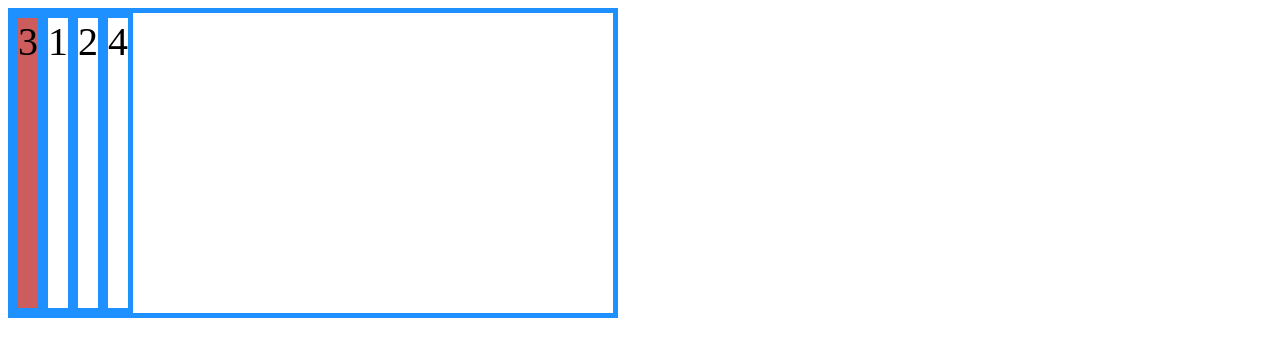
Repository: eversonps/flexbox-grid-css
Page: flexbox/flexbox2.html
An editor plug-in stored every save of this project. The page is shown before and after a run of saves, followed by the edit.
The browser window is 1280 px wide. The pictures show the whole page.

Above is the page before, as saved 2022-03-23 15:44:04.

### flexbox/flexbox2.html
<!DOCTYPE html>
<html>

<head>
    <meta charset="UTF-8">
    <title>Flexbox #02</title>
    <style>
        div {
            border: solid 5px dodgerblue;
            font-size: 40px;
        }

        .flex-container div {
            box-sizing: border-box;
        }

        .flex-container{
            display: flex;
            height: 300px;
            width: 600px;
        }

        .flex-container div:nth-child(3){
            background-color: indianred;
            order: 1;
            order: 0;
            order: -1;
            align-self: center;
            align-self: flex-start;
            align-self: flex-end;
            align-self: stretch;
        }

        .flex-container div
    </style>
</head>

<body>
    <div class="flex-container">
        <div>1</div>
        <div>2</div>
        <div>3</div>
        <div>4</div>
    </div>
</body>

</html>

After the next 2 saves:
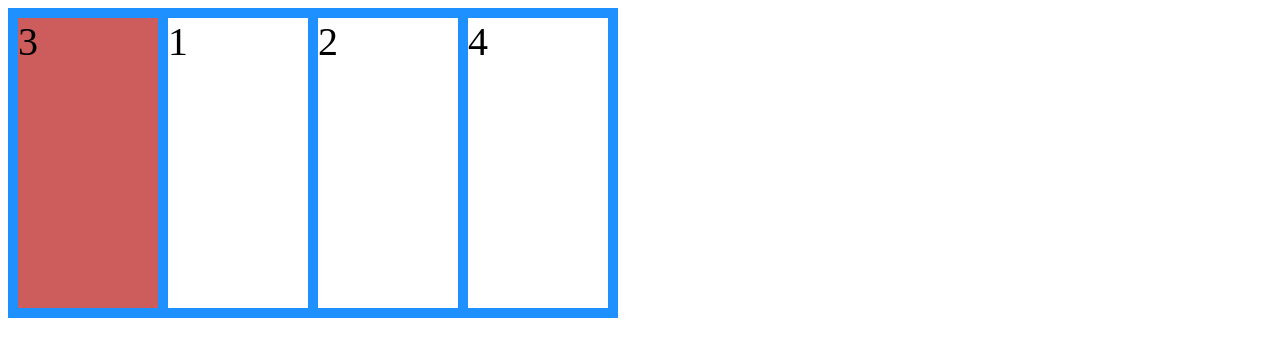
The 2 saves are shown as one change because they came seconds apart.
The last was saved 20 s later.
--- a/flexbox/flexbox2.html
+++ b/flexbox/flexbox2.html
@@ -31,7 +31,10 @@
             align-self: stretch;
         }
 
-        .flex-container div
+        .flex-container div{
+            width: 100%;
+        }
+
     </style>
 </head>
 
